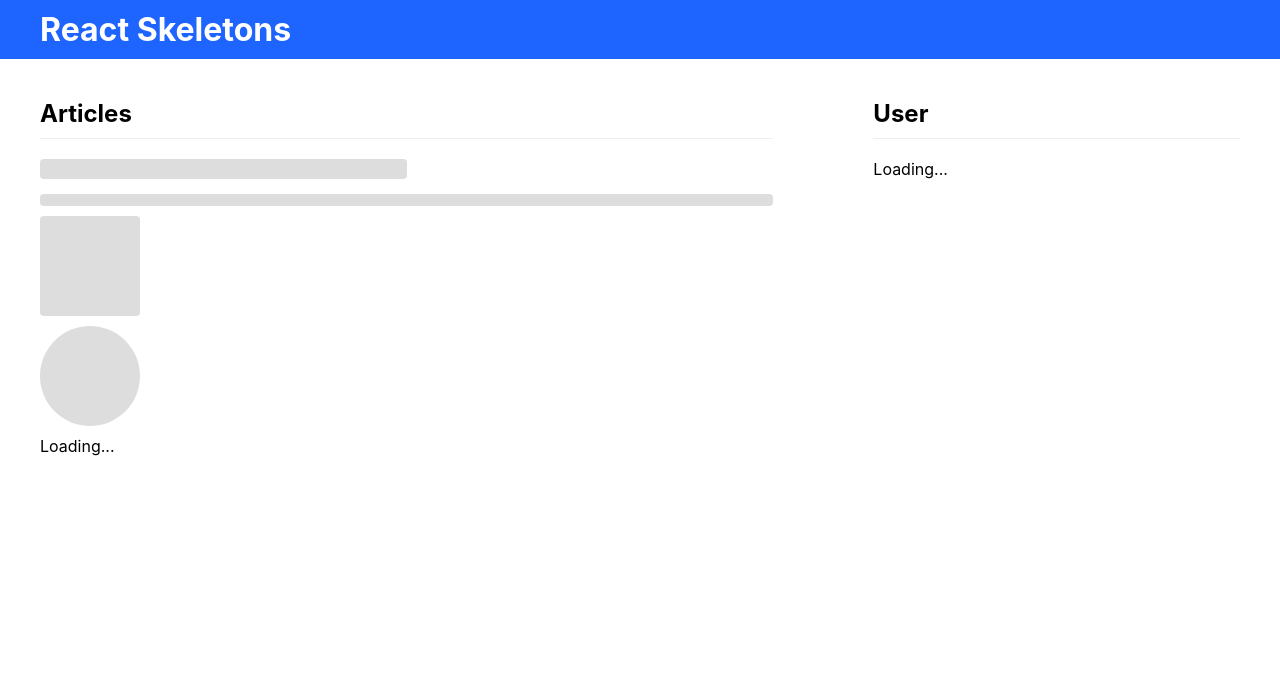
Repository: hwangstar156/React-skeleton-image
Page: /
An editor plug-in stored every save of this project. The page is shown before and after the next save, followed by the edit.
The browser window is 1280 px wide. The pictures show the whole page.
The page's requests for data from a server got no answer. The project was rebuilt for these pictures with package versions that can differ from the ones it lists, and the page was loaded fresh each time. No one was signed in, and anything a server would have sent is missing.

Above is the page before, as saved 2021-10-02 01:14:48.

After the next save:
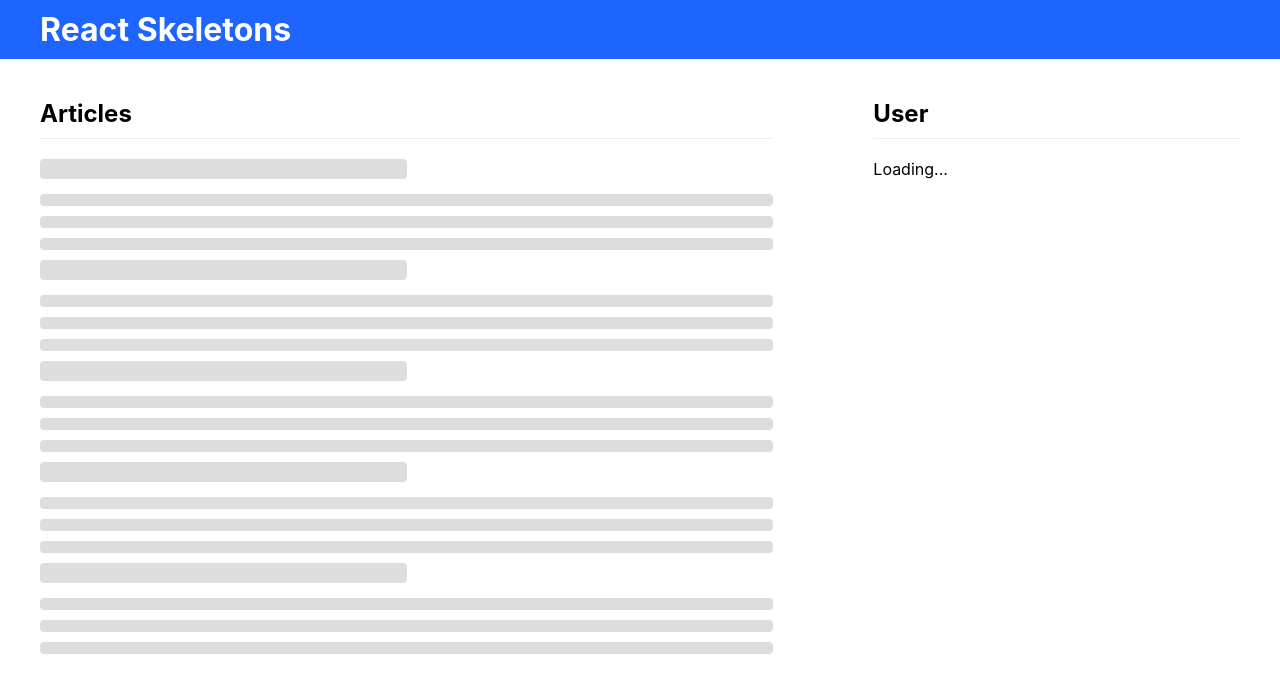
Saved 2 min 3 s later.
--- a/src/component/Article.js
+++ b/src/component/Article.js
@@ -1,4 +1,5 @@
 import React, { useEffect, useState } from "react";
+import SkeletonArticle from "../skeletons/Skeleton.articles";
 import SkeletonElement from "../skeletons/skeleton.element";
 
 const Articles = () => {
@@ -15,11 +16,6 @@ const Articles = () => {
     <div className="articles">
       <h2>Articles</h2>
 
-      <SkeletonElement type="title" />
-      <SkeletonElement type="text" />
-      <SkeletonElement type="thumbnail" />
-      <SkeletonElement type="avatar" />
-
       {articles &&
         articles.map((article) => (
           <div className="article" key={article.id}>
@@ -27,7 +23,7 @@ const Articles = () => {
             <p>{article.body}</p>
           </div>
         ))}
-      {!articles && <div>Loading...</div>}
+      {!articles && [1, 2, 3, 4, 5].map((n) => <SkeletonArticle key={n} />)}
     </div>
   );
 };
